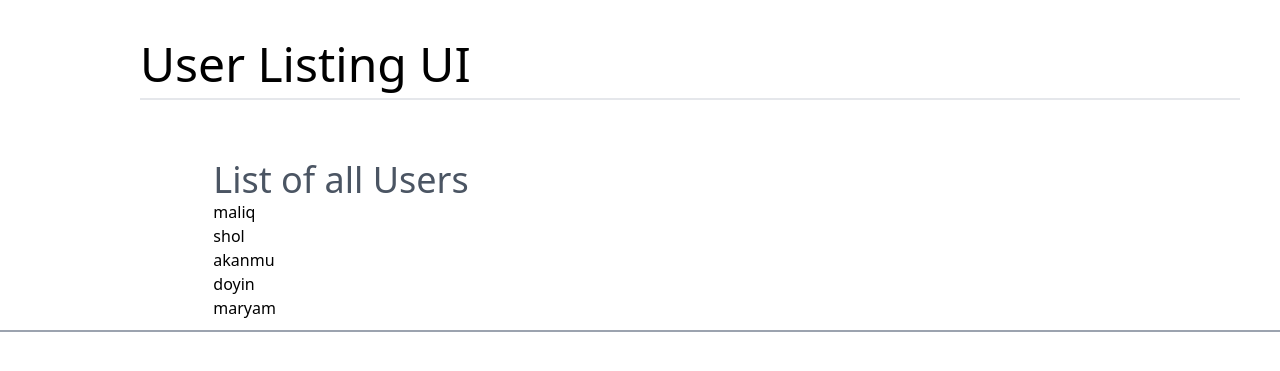
Repository: Marlstergo/listings
Page: / (app in client/)
An editor plug-in stored every save of this project. The page is shown before and after the next save, followed by the edit.
The browser window is 1280 px wide. The pictures show the whole page.
The project was rebuilt for these pictures with package versions that can differ from the ones it lists, and the page was loaded fresh each time. Also part of the build but not shown: client/craco.config.js, client/src/components/Loader.js, client/src/components/Order.js, client/src/components/Modal.js. Imported but missing from the stored project, and not drawn on this page: client/src/components/Base, client/src/components/Toppings.

Above is the page before, as saved 2021-07-20 21:59:08.

After the next save:
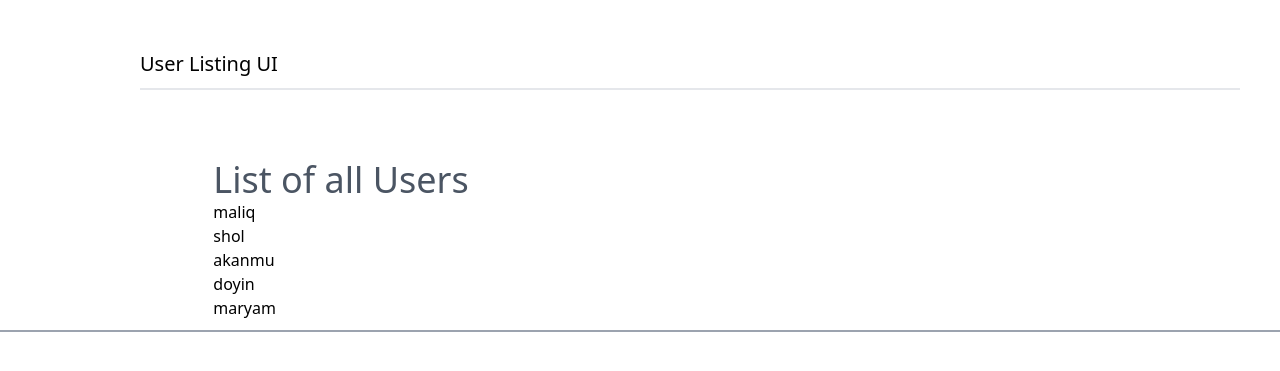
Saved 24 s later.
--- a/client/src/components/Header.js
+++ b/client/src/components/Header.js
@@ -55,7 +55,7 @@ const Header = () => {
         animate={{ y: -10 }}
         transition={{ delay: 0.2, type: 'spring', stiffness: 120 }}
       >
-        <h1 className="border-b-2 pb-[10px] text-5xl">User Listing UI</h1>
+        <h1 className="border-b-2 pb-[10px] text-xl">User Listing UI</h1>
       </motion.div>
     </header>
   )
